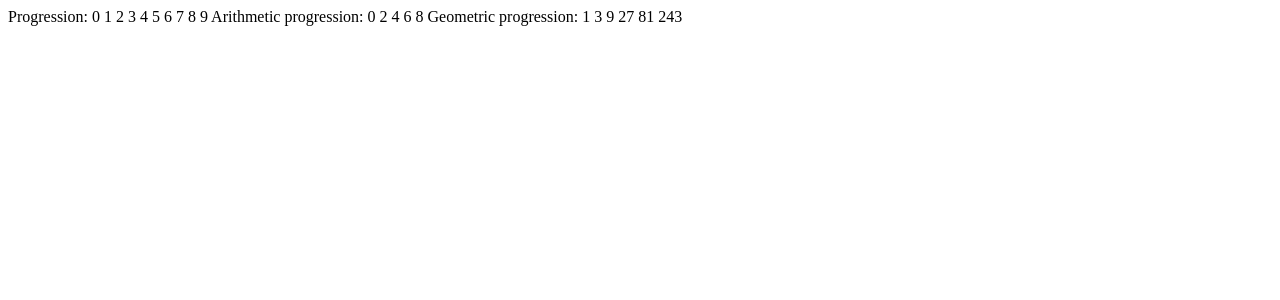
Repository: teban004/algorithms
Page: http://localhost/tests/progression_test.php
The author's editor kept a copy of each file at every save. The page is drawn from the files as they stood at one save, then again after the next save.
The browser window is 1280 px wide. The pictures show the whole page.
The page is run by PHP 8.4 with error messages shown; the project is at /var/www/html/.

Above is the page before, as saved 2022-01-06 20:33:14.

### tests/progression_test.php
<?php

    require_once(__DIR__ . "/../classes/progression.php");

    print("Progression: ");
    $myProgression = new Progression();
    $myProgression->printProgression(10);

    print("Arithmetic progression: ");
    $myArithmeticProgression = new ArithmeticProgression(2);
    $myArithmeticProgression->printProgression(5);

    print("Geometric progression: ");
    $myGeometricProgression = new GeometricProgression(3);
    $myGeometricProgression->printProgression(6);

?>

### classes/progression.php
<?php

class Progression {
    public $current;

    function __construct($start=0) {
        $this->current = $start;
    }

    function nextValue() {
        $answer = $this->current;
        $this->advance();
        return $answer;
    }

    function advance() {
        $this->current++;
    }

    function printProgression($n) {
        print($this->nextValue());
        for($j=1; $j<$n; $j++)
            print(" " . $this->nextValue());
        print("\n");
    }
}

class ArithmeticProgression extends Progression {
    public $increment;

    // Constructs arithmetic progression with arbitrary start and increment
    function __construct($stepSize=1, $start=0) {
        parent::__construct($start);
        $this->increment = $stepSize;
    }

    function advance() { // Adds the arithmetic increment to the current value
        $this->current += $this->increment;
    }

}

class GeometricProgression extends Progression {
    public $base;

    // Constructs geometric progression with arbitrary base and start
    function __construct($b=2, $start=1) {
        parent::__construct($start);
        $this->base = $b;
    }

    function advance() {
        $this->current *= $this->base;
    }
}

class FibonacciProgression extends Progression {
    public $prev;

    // Constructs generalized Fibonacci, with first and second values
    function __construct($first=0, $second=1) {
        parent::__construct($first);
        $this->prev = $second - $first; //fictitious value preceding the first
    }

    // Replaces (prev,current) with (current, current+prev)
    function advance() {
        $temp = $this->prev;
        $this->prev = $this->current;
        $this->current += $temp;
    }
}

?>

After the next save:
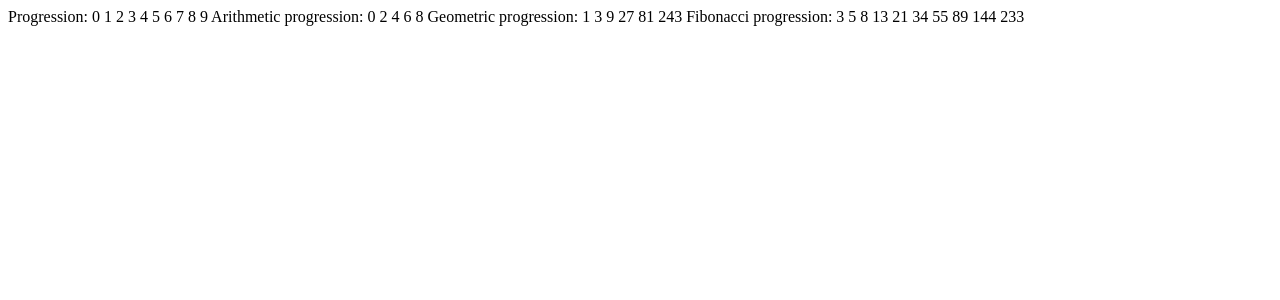
Saved 2 min 3 s later.
--- a/tests/progression_test.php
+++ b/tests/progression_test.php
@@ -14,4 +14,7 @@
     $myGeometricProgression = new GeometricProgression(3);
     $myGeometricProgression->printProgression(6);
 
+    print("Fibonacci progression: ");
+    $myFibonacciProgression = new FibonacciProgression(3,5);
+    $myFibonacciProgression->printProgression(10);
 ?>
